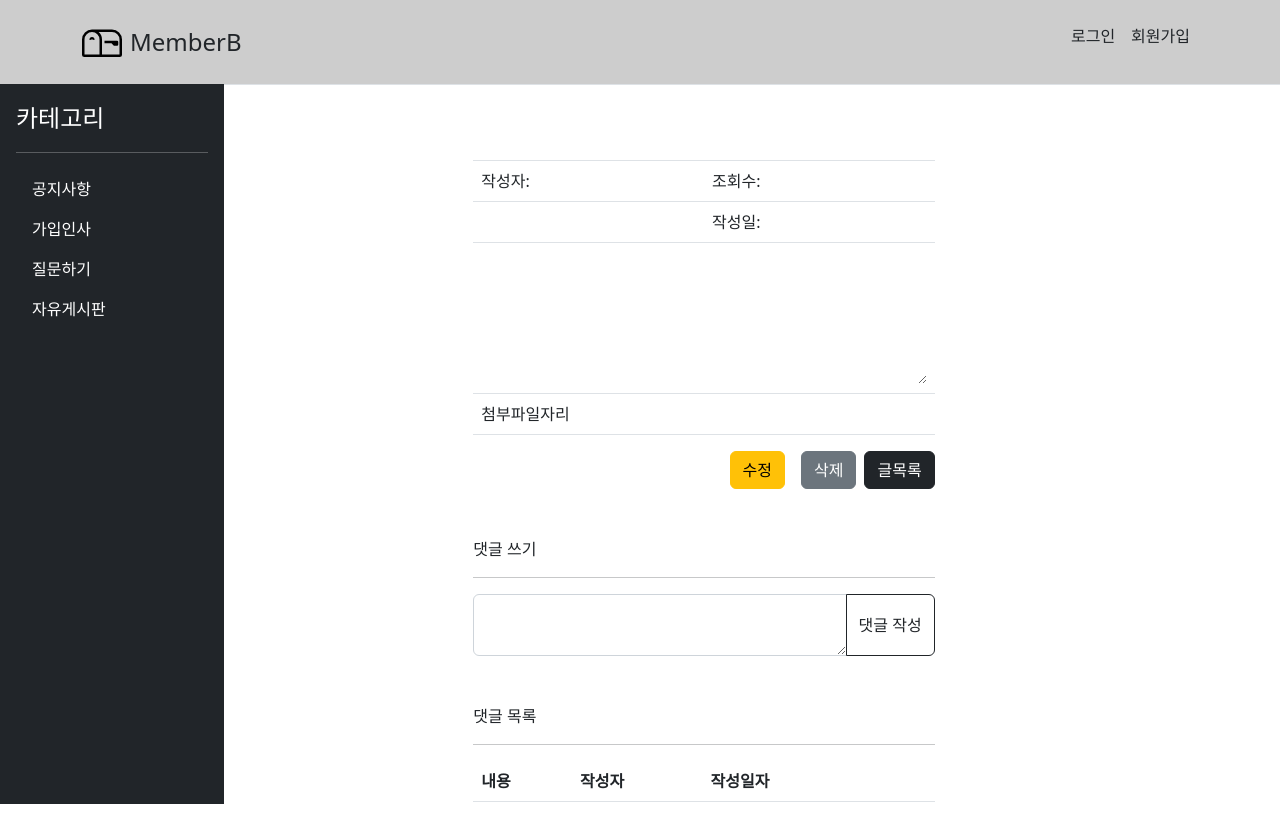
Repository: charmErin/board_220915
Page: http://localhost/board/WEB-INF/views/board/searchDetail.jsp
An editor plug-in stored every save of this project. The page is shown before and after the next save, followed by the edit.
The browser window is 1280 px wide. The pictures show the whole page.
The page is served by Tomcat 9. Nobody is signed in. The template is opened directly, without the code that normally fills it, so the values that code supplies are empty.

Above is the page before, as saved 2022-09-19 01:44:30.
Console error: SyntaxError: Unexpected token ';'

After the next save:
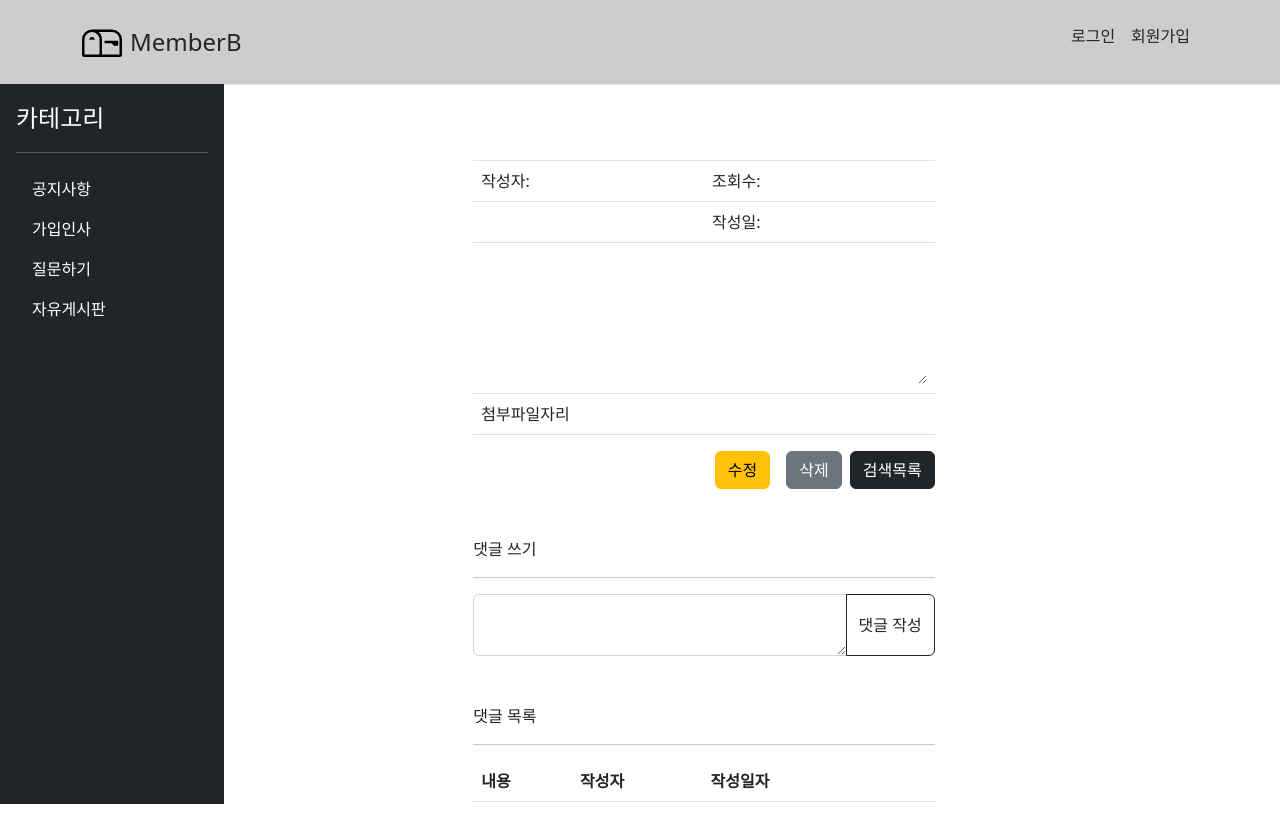
Saved 20 s later.
--- a/board/src/main/webapp/WEB-INF/views/board/searchDetail.jsp
+++ b/board/src/main/webapp/WEB-INF/views/board/searchDetail.jsp
@@ -45,12 +45,12 @@
 					<c:when test="${sessionScope.id eq board.memberId}">
 						<button class="btn btn-warning me-md-2" type="button">수정</button>
 						<button class="btn btn-secondary" type="button">삭제</button>
-						<button class="btn btn-dark" type="button" onclick="goSearch()">글목록</button>
+						<button class="btn btn-dark" type="button" onclick="goSearch()">검색목록</button>
 					</c:when>
 					<c:otherwise>
 						<c:if test="${sessionScope.loginId eq 'admin'}">
 							<button class="btn btn-secondary" type="button">삭제</button>
-							<button class="btn btn-dark" type="button" onclick="goSearch()">글목록</button>
+							<button class="btn btn-dark" type="button" onclick="goSearch()">검색목록</button>
 						</c:if>
 					</c:otherwise>
 				</c:choose>
